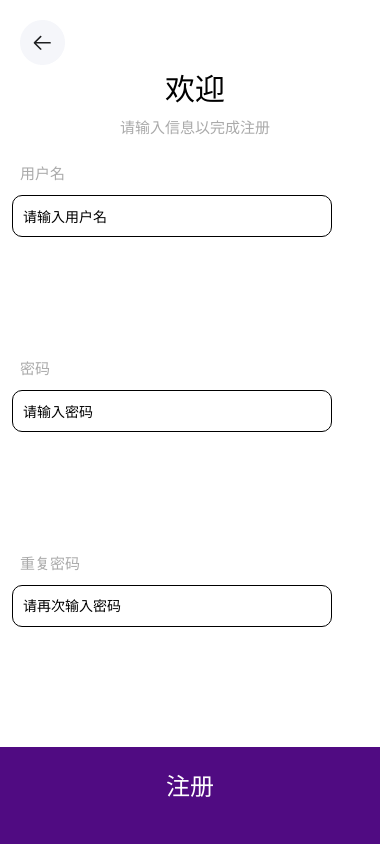
Repository: eyebone/barManager
Screen: /sign
The author's editor kept a copy of each file at every save. The screen is drawn from the files as they stood at one save, then again after a run of saves.
The app was drawn by React Native's web renderer in a window 390 px wide. The project was rebuilt for these pictures with package versions that can differ from the ones it lists, and the page was loaded fresh each time. Some packages were replaced by stand-ins written for this rebuild. Also part of the build but not shown: components/EmojiPicker.js, components/Button.js, components/ImageViewer.js, components/circleButton.js, components/IconButton.js, view/ViewOne.js, view/Main.js.

Above is the screen before, as saved 2023-06-26 16:22:57.

After the next 2 saves:
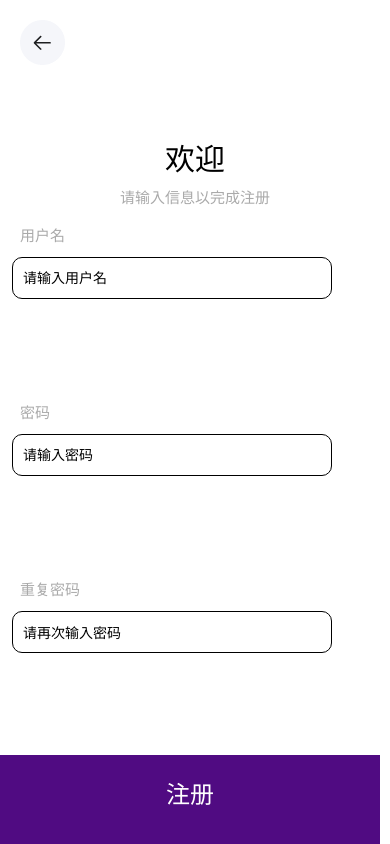
The 2 saves are shown as one change because they came seconds apart.
The last was saved 11 s later.
--- a/view/Sign.js
+++ b/view/Sign.js
@@ -96,7 +96,7 @@ const styles = StyleSheet.create({
     flex: 1,
     backgroundColor: "#fff",
     alignItems: "center",
-    // marginTop: 90,?
+    marginTop: 70,
     height: 60,
   },
   welcomeText: {
